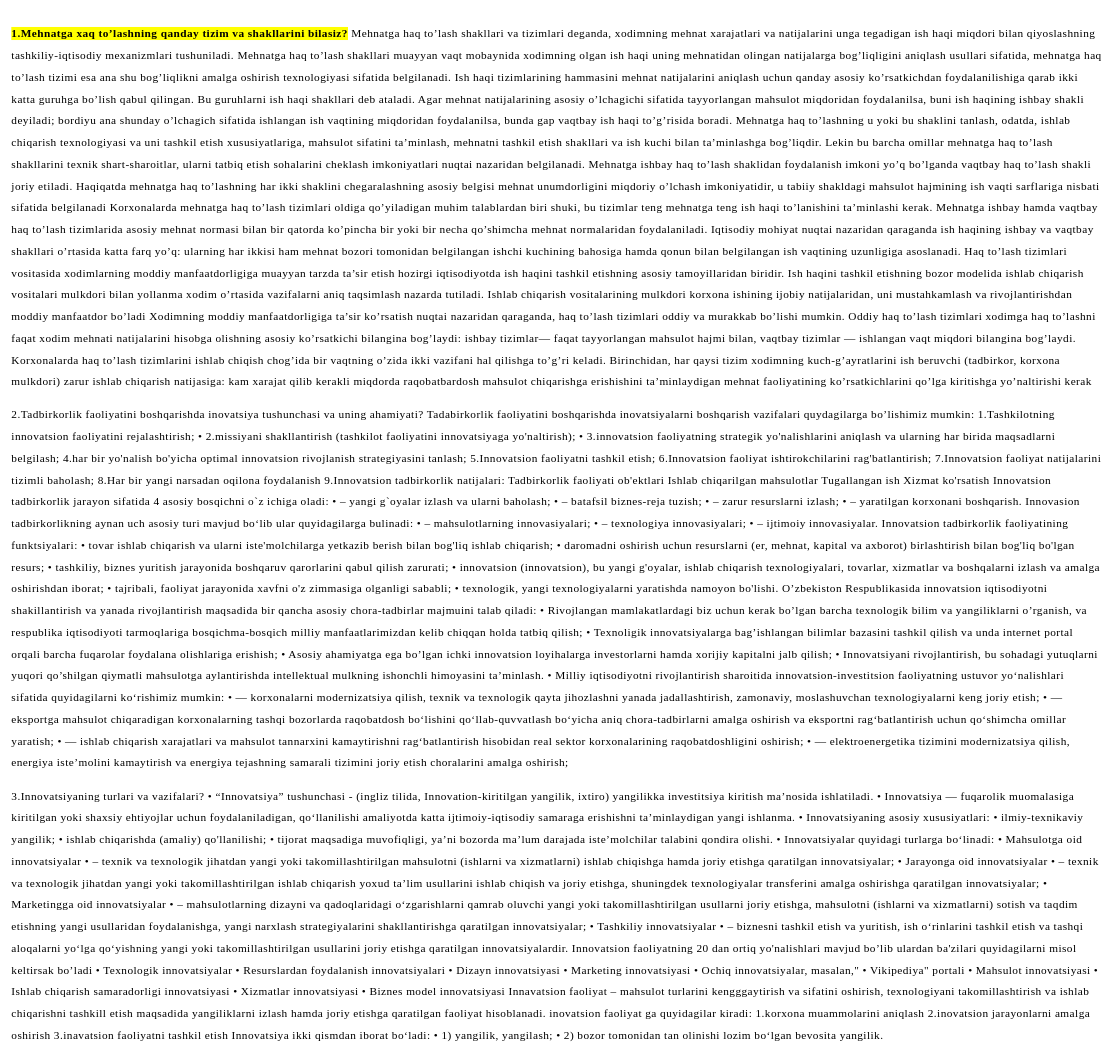
Repository: Ikromkhurozov/tsue-exam-answers
Page: index.html
The author's editor kept a copy of each file at every save. The page is drawn from the files as they stood at one save, then again after the next save.
The browser window is 1280 px wide. The pictures show the whole page, at 87% of full size.

Above is the page before, as saved 2024-01-15 00:57:09.

### index.html
<!DOCTYPE html>
<html lang="en">
  <head>
    <meta charset="UTF-8" />
    <meta name="viewport" content="width=device-width, initial-scale=1.0" />
    <title>Document</title>
    <style>
      mark {
        font-weight: bold;
      }

      div {
        padding: 5px;
      }

      * {
        letter-spacing: 0.5px;
        line-height: 25px;
        font-size: 13px;
      }
    </style>
  </head>
  <body>

   <div>

      <p> <mark>1.Mehnatga xaq to’lashning qanday tizim va shakllarini bilasiz?</mark> Mehnatga haq to’lash shakllari va tizimlari deganda, xodimning mehnat xarajatlari va natijalarini unga tegadigan ish haqi miqdori bilan qiyoslashning tashkiliy-iqtisodiy mexanizmlari tushuniladi. Mehnatga haq to’lash shakllari muayyan vaqt mobaynida xodimning olgan ish haqi uning mehnatidan olingan natijalarga bog’liqligini aniqlash usullari sifatida, mehnatga haq to’lash tizimi esa ana shu bog’liqlikni amalga oshirish texnologiyasi sifatida belgilanadi.
         Ish haqi tizimlarining hammasini mehnat natijalarini aniqlash uchun qanday asosiy ko’rsatkichdan foydalanilishiga qarab ikki katta guruhga bo’lish qabul qilingan. Bu guruhlarni ish haqi shakllari deb ataladi. Agar mehnat natijalarining asosiy o’lchagichi sifatida tayyorlangan mahsulot miqdoridan foydalanilsa, buni ish haqining ishbay shakli deyiladi; bordiyu ana shunday o’lchagich sifatida ishlangan ish vaqtining miqdoridan foydalanilsa, bunda gap vaqtbay ish haqi to’g’risida boradi.
         Mehnatga haq to’lashning u yoki bu shaklini tanlash, odatda, ishlab chiqarish texnologiyasi va uni tashkil etish xususiyatlariga, mahsulot sifatini ta’minlash, mehnatni tashkil etish shakllari va ish kuchi bilan ta’minlashga bog’liqdir. Lekin bu barcha omillar mehnatga haq to’lash shakllarini texnik shart-sharoitlar, ularni tatbiq etish sohalarini cheklash imkoniyatlari nuqtai nazaridan belgilanadi. Mehnatga ishbay haq to’lash shaklidan foydalanish imkoni yo’q bo’lganda vaqtbay haq to’lash shakli joriy etiladi. Haqiqatda mehnatga haq to’lashning har ikki shaklini chegaralashning asosiy belgisi mehnat unumdorligini miqdoriy o’lchash imkoniyatidir, u tabiiy shakldagi mahsulot hajmining ish vaqti sarflariga nisbati sifatida belgilanadi
         Korxonalarda mehnatga haq to’lash tizimlari oldiga qo’yiladigan muhim talablardan biri shuki, bu tizimlar teng mehnatga teng ish haqi to’lanishini ta’minlashi kerak.
         Mehnatga ishbay hamda vaqtbay haq to’lash tizimlarida asosiy mehnat normasi bilan bir qatorda ko’pincha bir yoki bir necha qo’shimcha mehnat normalaridan foydalaniladi.
         Iqtisodiy mohiyat nuqtai nazaridan qaraganda ish haqining ishbay va vaqtbay shakllari o’rtasida katta farq yo’q: ularning har ikkisi ham mehnat bozori tomonidan belgilangan ishchi kuchining bahosiga hamda qonun bilan belgilangan ish vaqtining uzunligiga asoslanadi.
         Haq to’lash tizimlari vositasida xodimlarning moddiy manfaatdorligiga muayyan tarzda ta’sir etish hozirgi iqtisodiyotda ish haqini tashkil etishning asosiy tamoyillaridan biridir. Ish haqini tashkil etishning bozor modelida ishlab chiqarish vositalari mulkdori bilan yollanma xodim o’rtasida vazifalarni aniq taqsimlash nazarda tutiladi. Ishlab chiqarish vositalarining mulkdori korxona ishining ijobiy natijalaridan, uni mustahkamlash va rivojlantirishdan moddiy manfaatdor bo’ladi
         Xodimning moddiy manfaatdorligiga ta’sir ko’rsatish nuqtai nazaridan qaraganda, haq to’lash tizimlari oddiy va murakkab bo’lishi mumkin. Oddiy haq to’lash tizimlari xodimga haq to’lashni faqat xodim mehnati natijalarini hisobga olishning asosiy ko’rsatkichi bilangina bog’laydi: ishbay tizimlar— faqat tayyorlangan mahsulot hajmi bilan, vaqtbay tizimlar — ishlangan vaqt miqdori bilangina bog’laydi.
         Korxonalarda haq to’lash tizimlarini ishlab chiqish chog’ida bir vaqtning o’zida ikki vazifani hal qilishga to’g’ri keladi. Birinchidan, har qaysi tizim xodimning kuch-g’ayratlarini ish beruvchi (tadbirkor, korxona mulkdori) zarur ishlab chiqarish natijasiga: kam xarajat qilib kerakli miqdorda raqobatbardosh mahsulot chiqarishga erishishini ta’minlaydigan mehnat faoliyatining ko’rsatkichlarini qo’lga kiritishga yo’naltirishi kerak
         </p>

         <p>
            2.Tadbirkorlik faoliyatini boshqarishda inovatsiya tushunchasi va uning ahamiyati?
Tadabirkorlik faoliyatini boshqarishda inovatsiyalarni boshqarish vazifalari quydagilarga bo’lishimiz mumkin: 1.Tashkilotning innovatsion faoliyatini rejalashtirish;
•	2.missiyani shakllantirish (tashkilot faoliyatini innovatsiyaga yo'naltirish);
•	3.innovatsion faoliyatning strategik yo'nalishlarini aniqlash va ularning har birida maqsadlarni belgilash; 4.har bir yo'nalish bo'yicha optimal innovatsion rivojlanish strategiyasini tanlash; 5.Innovatsion faoliyatni tashkil etish; 6.Innovatsion faoliyat ishtirokchilarini rag'batlantirish; 7.Innovatsion faoliyat natijalarini tizimli baholash; 8.Har bir yangi narsadan oqilona foydalanish 9.Innovatsion tadbirkorlik natijalari: Tadbirkorlik faoliyati ob'ektlari Ishlab chiqarilgan mahsulotlar Tugallangan ish Xizmat ko'rsatish
Innovatsion tadbirkorlik jarayon sifatida 4 asosiy bosqichni o`z ichiga oladi:
•	– yangi g`oyalar izlash va ularni baholash;
•	– batafsil biznes-reja tuzish;
•	– zarur resurslarni izlash;
•	– yaratilgan korxonani boshqarish.

Innovasion tadbirkorlikning aynan uch asosiy turi mavjud boʻlib ular quyidagilarga bulinadi:
•	– mahsulotlarning innovasiyalari;
•	– texnologiya innovasiyalari;
•	– ijtimoiy innovasiyalar.

Innovatsion tadbirkorlik faoliyatining funktsiyalari:
•	tovar ishlab chiqarish va ularni iste'molchilarga yetkazib berish bilan bog'liq ishlab chiqarish;
•	daromadni oshirish uchun resurslarni (er, mehnat, kapital va axborot) birlashtirish bilan bog'liq bo'lgan resurs;
•	tashkiliy, biznes yuritish jarayonida boshqaruv qarorlarini qabul qilish zarurati;
•	innovatsion (innovatsion), bu yangi g'oyalar, ishlab chiqarish texnologiyalari, tovarlar, xizmatlar va boshqalarni izlash va amalga oshirishdan iborat;
•	tajribali, faoliyat jarayonida xavfni o'z zimmasiga olganligi sababli;
•	texnologik, yangi texnologiyalarni yaratishda namoyon bo'lishi.
	O’zbekiston Respublikasida innovatsion iqtisodiyotni shakillantirish va yanada rivojlantirish maqsadida bir qancha asosiy chora-tadbirlar majmuini talab qiladi:
•	Rivojlangan mamlakatlardagi biz uchun kerak bo’lgan barcha texnologik bilim va yangiliklarni o’rganish, va respublika iqtisodiyoti tarmoqlariga bosqichma-bosqich milliy manfaatlarimizdan kelib chiqqan holda tatbiq qilish;
•	Texnoligik innovatsiyalarga bag’ishlangan bilimlar bazasini tashkil qilish va unda internet portal orqali barcha fuqarolar foydalana olishlariga erishish;
•	Asosiy ahamiyatga ega bo’lgan ichki innovatsion loyihalarga investorlarni hamda xorijiy kapitalni jalb qilish;
•	Innovatsiyani rivojlantirish, bu sohadagi yutuqlarni yuqori qo’shilgan qiymatli mahsulotga aylantirishda intellektual mulkning ishonchli himoyasini ta’minlash.
•		Milliy iqtisodiyotni rivojlantirish sharoitida innovatsion-investitsion faoliyatning ustuvor yo‘nalishlari sifatida quyidagilarni ko‘rishimiz mumkin:
•	— korxonalarni modernizatsiya qilish, texnik va texnologik qayta jihozlashni yanada jadallashtirish, zamonaviy, moslashuvchan texnologiyalarni keng joriy etish;
•	— eksportga mahsulot chiqaradigan korxonalarning tashqi bozorlarda raqobatdosh bo‘lishini qo‘llab-quvvatlash bo‘yicha aniq chora-tadbirlarni amalga oshirish va eksportni rag‘batlantirish uchun qo‘shimcha omillar yaratish;
•	— ishlab chiqarish xarajatlari va mahsulot tannarxini kamaytirishni rag‘batlantirish hisobidan real sektor korxonalarining raqobatdoshligini oshirish;
•	— elektroenergetika tizimini modernizatsiya qilish, energiya iste’molini kamaytirish va energiya tejashning samarali tizimini joriy etish choralarini amalga oshirish;

         </p>






3.Innovatsiyaning turlari va vazifalari?
•	“Innovatsiya”  tushunchasi - (ingliz tilida, Innovation-kiritilgan yangilik, ixtiro) yangilikka  investitsiya    kiritish     ma’nosida ishlatiladi.
•	Innovatsiya — fuqarolik muomalasiga kiritilgan yoki shaxsiy ehtiyojlar uchun foydalaniladigan, qo‘llanilishi amaliyotda katta ijtimoiy-iqtisodiy samaraga erishishni ta’minlaydigan yangi ishlanma.
•	Innovatsiyaning asosiy xususiyatlari:
•	ilmiy-texnikaviy yangilik;
•	ishlab chiqarishda (amaliy) qo'llanilishi;
•	tijorat maqsadiga muvofiqligi, ya’ni bozorda ma’lum darajada iste’molchilar
talabini qondira olishi.

•	Innovatsiyalar quyidagi turlarga bo‘linadi:
•	Mahsulotga oid innovatsiyalar
•	–  texnik va texnologik jihatdan yangi yoki takomillashtirilgan mahsulotni (ishlarni va xizmatlarni) ishlab chiqishga hamda joriy etishga qaratilgan innovatsiyalar;
•	Jarayonga oid innovatsiyalar
•	– texnik va texnologik jihatdan yangi yoki takomillashtirilgan ishlab chiqarish yoxud ta’lim usullarini ishlab chiqish va joriy etishga, shuningdek texnologiyalar transferini amalga oshirishga qaratilgan innovatsiyalar;
•	Marketingga oid innovatsiyalar
•	– mahsulotlarning dizayni va qadoqlaridagi o‘zgarishlarni qamrab oluvchi yangi yoki takomillashtirilgan usullarni joriy etishga, mahsulotni (ishlarni va xizmatlarni) sotish va taqdim etishning yangi usullaridan foydalanishga, yangi narxlash strategiyalarini shakllantirishga qaratilgan innovatsiyalar;
•	Tashkiliy innovatsiyalar
•	– biznesni tashkil etish va yuritish, ish o‘rinlarini tashkil etish va tashqi aloqalarni yo‘lga qo‘yishning yangi yoki takomillashtirilgan usullarini joriy etishga qaratilgan innovatsiyalardir.

Innovatsion faoliyatning 20 dan ortiq yo'nalishlari mavjud bo’lib ulardan ba'zilari quyidagilarni misol keltirsak bo’ladi
•	Texnologik innovatsiyalar
•	Resurslardan foydalanish innovatsiyalari
•	Dizayn innovatsiyasi
•	Marketing innovatsiyasi
•	Ochiq innovatsiyalar, masalan,"
•	Vikipediya" portali
•	Mahsulot innovatsiyasi
•	Ishlab chiqarish samaradorligi innovatsiyasi
•	Xizmatlar innovatsiyasi
•	Biznes model innovatsiyasi

Innavatsion faoliyat – mahsulot turlarini kengggaytirish va sifatini oshirish, texnologiyani takomillashtirish va ishlab chiqarishni  tashkill etish maqsadida yangiliklarni izlash hamda joriy etishga qaratilgan faoliyat hisoblanadi. inovatsion faoliyat ga quyidagilar kiradi: 1.korxona muammolarini aniqlash 2.inovatsion jarayonlarni amalga oshirish 3.inavatsion faoliyatni tashkil etish
Innovatsiya ikki qismdan iborat bo‘ladi:
•	1) yangilik, yangilash;
•	2) bozor tomonidan tan olinishi lozim bo‘lgan bevosita yangilik.






   </div>

  </body>
</html>

After the next save:
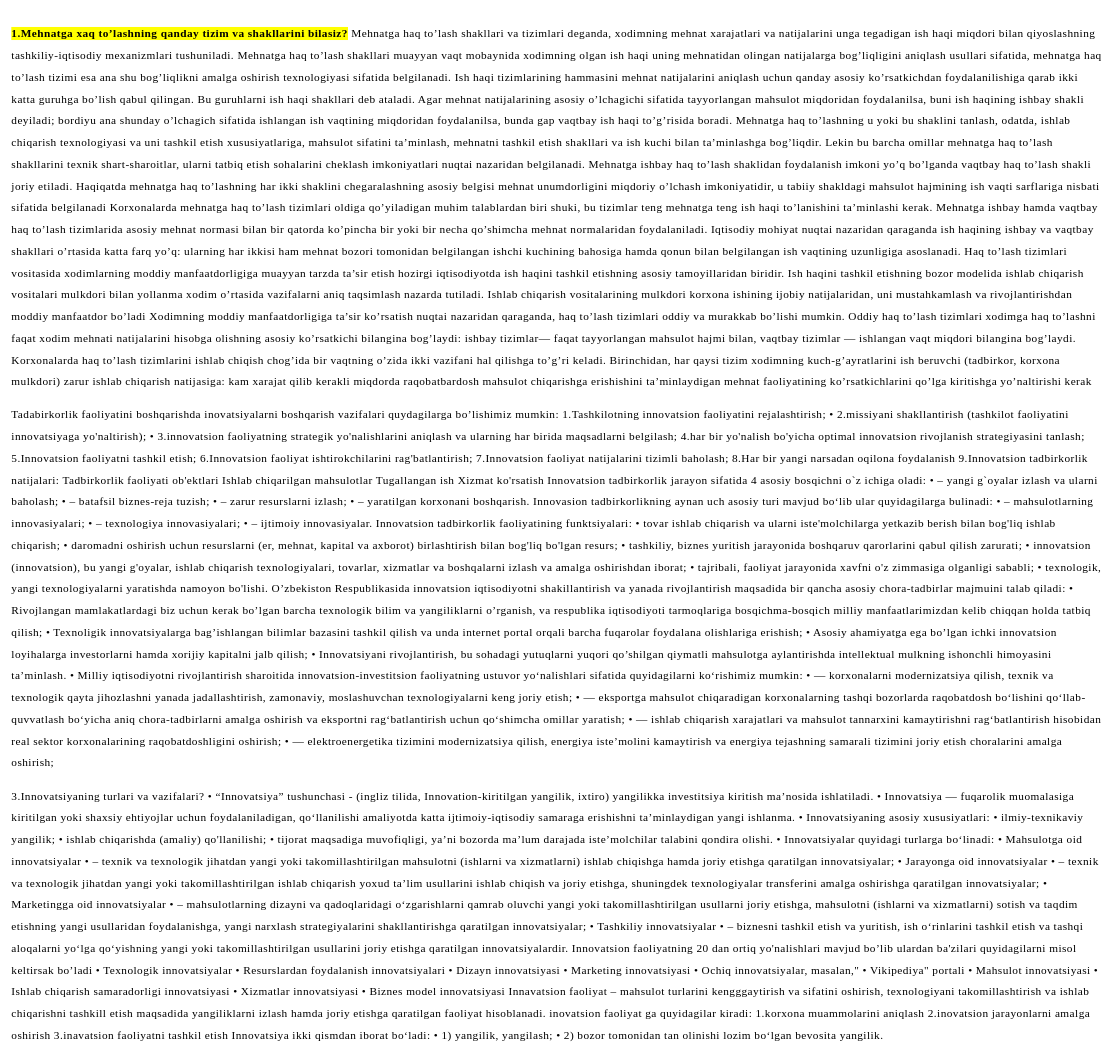
Saved 10 s later.
--- a/index.html
+++ b/index.html
@@ -36,7 +36,7 @@
          </p>
 
          <p>
-            2.Tadbirkorlik faoliyatini boshqarishda inovatsiya tushunchasi va uning ahamiyati?
+
 Tadabirkorlik faoliyatini boshqarishda inovatsiyalarni boshqarish vazifalari quydagilarga bo’lishimiz mumkin: 1.Tashkilotning innovatsion faoliyatini rejalashtirish;
 •	2.missiyani shakllantirish (tashkilot faoliyatini innovatsiyaga yo'naltirish);
 •	3.innovatsion faoliyatning strategik yo'nalishlarini aniqlash va ularning har birida maqsadlarni belgilash; 4.har bir yo'nalish bo'yicha optimal innovatsion rivojlanish strategiyasini tanlash; 5.Innovatsion faoliyatni tashkil etish; 6.Innovatsion faoliyat ishtirokchilarini rag'batlantirish; 7.Innovatsion faoliyat natijalarini tizimli baholash; 8.Har bir yangi narsadan oqilona foydalanish 9.Innovatsion tadbirkorlik natijalari: Tadbirkorlik faoliyati ob'ektlari Ishlab chiqarilgan mahsulotlar Tugallangan ish Xizmat ko'rsatish
